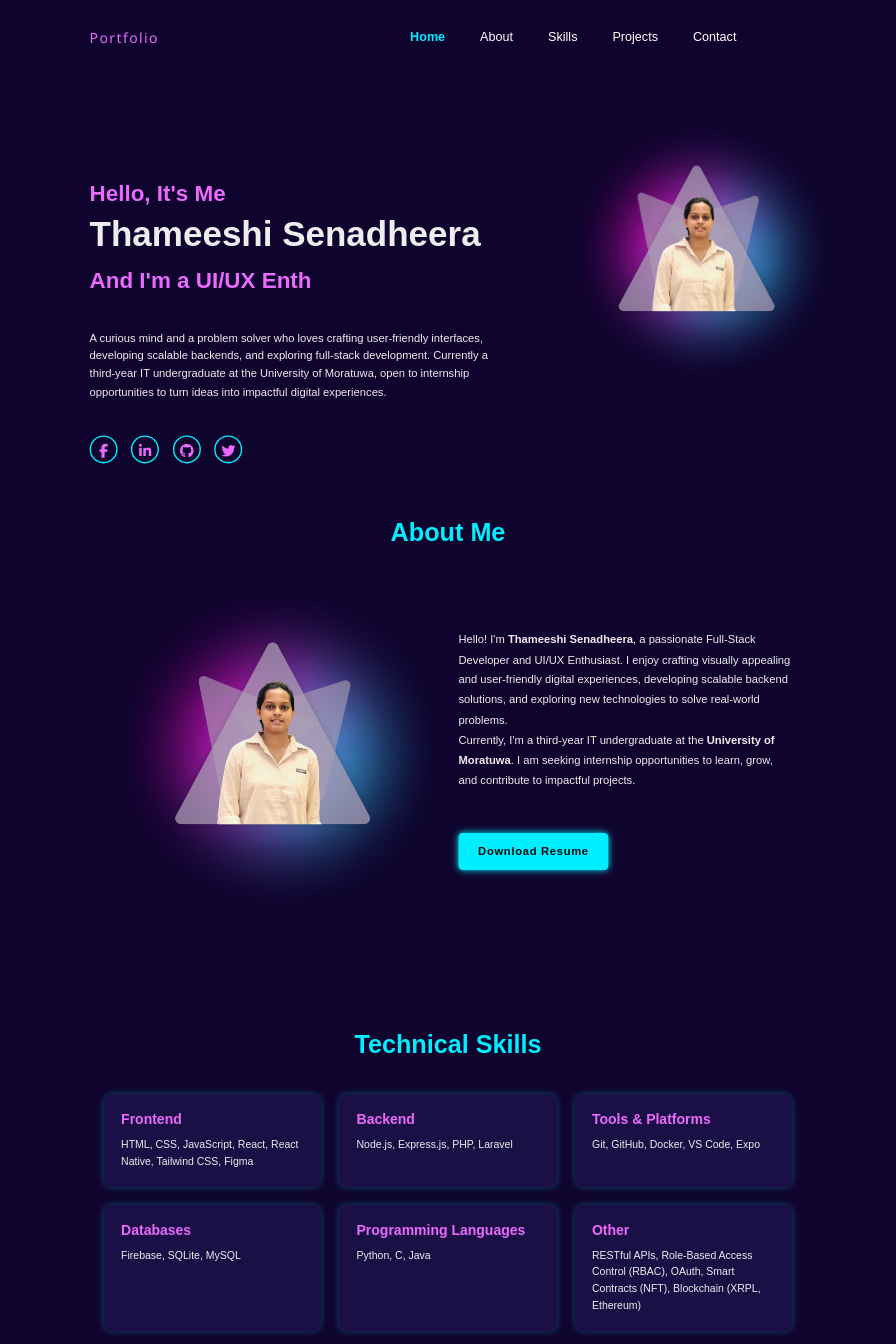
Repository: Thameeshi/portfolio-website
Page: http://localhost/
These files come from the project's save history. The page is drawn as it stood at one moment and after the next save; the edit follows.
The browser window is 1280 px wide. The pictures show the part of the page from y = 0 to 1920 px (the page is 3616 px tall), at 70% of full size.
Some web libraries are served in a nearby version. The page is served by the project's Node server (server.js).

Above is the page before, as saved 2025-09-10 11:03:44.

### public/css/style.css
/* Reset */
* {
    margin: 0;
    padding: 0;
    box-sizing: border-box;
    font-family: 'Poppins', sans-serif;
}

/* Body */
body {
    background: #0F042D;
    color: #ededed;
    scroll-behavior: smooth;
    overflow-x: hidden;
}

/* Header */
.header {
    position: fixed;
    top: 0;
    left: 0;
    width: 100%;
    padding: 40px 10%;
    display: flex;
    justify-content: space-between;
    align-items: center;
    z-index: 100;
    transition: background 0.3s ease-in-out;
}

.logo {
    font-size: 20px;
    color: #E96AFD;
    text-decoration: none;
    font-weight: 550;
    letter-spacing: 2px;
    font-family: 'Segoe UI', Tahoma, Geneva, Verdana, sans-serif;
    transition: transform 0.3s ease;
}
.logo:hover { transform: scale(1.1) rotate(-3deg); }

.navbar {
    display: flex;
    align-items: center;
    margin-right: 100px;
}
.navbar a {
    display: inline-block;
    font-size: 18px;
    color: #fff;
    text-decoration: none;
    font-weight: 500;
    margin-left: 50px;
    position: relative;
    transition: color 0.3s ease;
}
.navbar a::after {
    content: '';
    position: absolute;
    left: 0;
    bottom: -5px;
    width: 0;
    height: 2px;
    background: #0ef;
    transition: width 0.3s;
}
.navbar a:hover { color: #0ef; }
.navbar a:hover::after { width: 100%; }
.navbar a.active { color: #0ef; font-weight: 700; }

/* Home Section */
.home {
    display: flex;
    align-items: center;
    justify-content: space-between;
    padding: 50px 10%;
    height: 100vh;
    gap: 50px;
}

.home-content {
    flex: 1;
    max-width: 600px;
    animation: fadeIn 2s ease-in-out;
    margin-top: 200px;
}
.home-content h3 { font-size: 32px; font-weight: 700; color: #E96AFD; margin-bottom: 10px; animation: slideInLeft 1s ease; }
.home-content h1 { font-size: 50px; font-weight: 800; margin-bottom: 20px; animation: slideInRight 1.2s ease; }
.home-content p { line-height: 1.6; font-size: 16px; margin-bottom: 25px; margin-top:50px;animation: fadeInUp 1.5s ease; }

.btn-box {
    display: inline-block;
    padding: 12px 28px;
    background: #0ef;
    border-radius: 6px;
    font-size: 16px;
    color: #0a0a0a;
    font-weight: 600;
    letter-spacing: 1px;
    text-decoration: none;
    transition: 0.3s;
    box-shadow: 0 0 10px #0ef;
}
.btn-box:hover {
    background: #0c9;
    box-shadow: 0 0 20px #0ef, 0 0 40px #0ef;
    transform: scale(1.05);
}

/* Social Links */
.home-sci { margin-top: 50px; }
.home-sci a {
    display: inline-block;
    width: 40px;
    height: 40px;
    border: 2px solid #0ef;
    border-radius: 50%;
    font-size: 20px;
    color: #E96AFD;
    text-align: center;
    line-height: 40px;
    margin-right: 15px;
    transition: 0.4s;
}
.home-sci a:hover {
    background: #E96AFD;
    color: #0a0a0a;
    box-shadow: 0 0 20px #E96AFD;
}

/* Image next to home-content */
.image {
    flex: 1;
    max-width: 400px;
    animation: float 3s ease-in-out infinite;
}
.image img {
    width: 500%;
    height: auto;
    margin-left: 50px;
}

/* Float animation */
@keyframes float {
    0%, 100% { transform: translateY(0); }
    50% { transform: translateY(-10px); }
}

/* About Section */
.about {
    padding: 70px 10%;
    color: #ededed;
    margin-top: -100px;
}
.about h2 { font-size: 36px; font-weight: 700; color: #0ef; margin-bottom: 40px; text-align: center; margin-top: 100px; }

.download { margin-top: 40px; }

.about-content {
    display: flex;
    align-items: center;
    justify-content: space-between;
    flex-wrap: wrap;
    gap: 30px;
    flex-direction: row-reverse;
}
.container { max-width: 1200px; margin: 0 auto; padding: 0 20px; margin-top: -50px; }
.about-text { flex: 1; min-width: 300px; font-size: 16px; line-height: 1.8; }
.about-text .btn-box { margin-top: 20px; }
.about-image { flex: 1; min-width: 400px; text-align: center; }
.about-image img { max-width: 500px; border-radius: 10px; }

/* Skills Section */
.skills {
    padding: 80px 10%;
    margin-top: 50px;
}
.skills h2 {
    font-size: 36px;
    font-weight: 700;
    color: #0ef;
    margin-bottom: 50px;
    text-align: center;
}
.skills-grid {
    display: grid;
    grid-template-columns: repeat(auto-fit, minmax(250px, 1fr));
    gap: 25px;
}
.skill-card {
    background: #1b1045;
    padding: 25px;
    border-radius: 12px;
    box-shadow: 0 0 10px rgba(14, 239, 255, 0.3);
    transition: transform 0.3s ease, box-shadow 0.3s ease;
}
.skill-card:hover {
    transform: translateY(-8px);
    box-shadow: 0 0 20px #0ef;
}
.skill-card h3 {
    font-size: 20px;
    color: #E96AFD;
    margin-bottom: 12px;
}
.skill-card p {
    font-size: 15px;
    line-height: 1.6;
    color: #ededed;
}

/* Projects Section */
.projects {
    padding: 80px 10%;
    margin-top: 50px;
}

.projects h2 {
    font-size: 36px;
    font-weight: 700;
    color: #0ef;
    margin-bottom: 50px;
    text-align: center;
}

.project-showcase {
    display: flex;
    justify-content: center;
    max-width: 1000px;
    margin: 0 auto;
}

.project-card {
    background: #1b1045;
    border-radius: 20px;
    overflow: hidden;
    box-shadow: 0 0 30px rgba(14, 239, 255, 0.2);
    transition: transform 0.3s ease, box-shadow 0.3s ease;
    width: 100%;
    display: flex;
    min-height: 500px;
}

.project-card:hover {
    transform: translateY(-5px);
    box-shadow: 0 0 40px rgba(14, 239, 255, 0.4);
}

.project-image-container {
    position: relative;
    flex: 1;
    overflow: hidden;
}

.project-images {
    position: relative;
    height: 100%;
    width: 100%;
}

.project-img {
    position: absolute;
    top: 0;
    left: 0;
    width: 100%;
    height: 100%;
    object-fit: cover;
    opacity: 0;
    transition: opacity 0.5s ease-in-out;
}

.project-img.active {
    opacity: 1;
}

.image-nav {
    position: absolute;
    bottom: 20px;
    left: 50%;
    transform: translateX(-50%);
    display: flex;
    gap: 10px;
    z-index: 3;
}

.nav-dot {
    width: 12px;
    height: 12px;
    border-radius: 50%;
    border: 2px solid rgba(255, 255, 255, 0.6);
    background: transparent;
    cursor: pointer;
    transition: all 0.3s ease;
}

.nav-dot:hover,
.nav-dot.active {
    background: #0ef;
    border-color: #0ef;
    transform: scale(1.2);
}

.project-overlay {
    position: absolute;
    top: 0;
    left: 0;
    right: 0;
    bottom: 0;
    background: linear-gradient(135deg, rgba(14, 239, 255, 0.8), rgba(233, 106, 253, 0.8));
    display: flex;
    align-items: center;
    justify-content: center;
    opacity: 0;
    transition: opacity 0.3s ease;
    z-index: 2;
}

.project-card:hover .project-overlay {
    opacity: 1;
}

.project-links {
    display: flex;
    gap: 20px;
}

.project-link {
    width: 60px;
    height: 60px;
    background: rgba(255, 255, 255, 0.2);
    border-radius: 50%;
    display: flex;
    align-items: center;
    justify-content: center;
    color: #fff;
    font-size: 24px;
    text-decoration: none;
    backdrop-filter: blur(10px);
    border: 2px solid rgba(255, 255, 255, 0.3);
    transition: all 0.3s ease;
}

.project-link:hover {
    background: rgba(255, 255, 255, 0.3);
    transform: scale(1.1);
    border-color: rgba(255, 255, 255, 0.6);
}

.project-info {
    flex: 1;
    padding: 40px;
    display: flex;
    flex-direction: column;
    justify-content: center;
}

.project-info h3 {
    font-size: 28px;
    color: #E96AFD;
    margin-bottom: 20px;
    font-weight: 700;
}

.project-info p {
    font-size: 16px;
    line-height: 1.7;
    color: #ededed;
    margin-bottom: 25px;
}

.project-features {
    display: grid;
    grid-template-columns: 1fr 1fr;
    gap: 15px;
    margin-bottom: 25px;
}

.feature {
    display: flex;
    align-items: center;
    gap: 8px;
    font-size: 14px;
    color: #ededed;
}

.feature i {
    color: #0ef;
    font-size: 16px;
}

.project-tech {
    display: flex;
    flex-wrap: wrap;
    gap: 10px;
}

.project-tech span {
    background: linear-gradient(135deg, #0ef, #E96AFD);
    color: #0a0a0a;
    padding: 8px 16px;
    border-radius: 25px;
    font-size: 13px;
    font-weight: 600;
    letter-spacing: 0.5px;
}

/* Responsive */
@media (max-width: 768px) {
    .projects {
        padding: 60px 5%;
    }

    .project-card {
        flex-direction: column;
        min-height: auto;
    }

    .project-image-container {
        height: 300px;
    }

    .project-info {
        padding: 30px 25px;
    }

    .project-info h3 {
        font-size: 24px;
    }

    .project-info p {
        font-size: 15px;
    }

    .project-features {
        grid-template-columns: 1fr;
        gap: 10px;
    }

    .project-links {
        gap: 15px;
    }

    .project-link {
        width: 50px;
        height: 50px;
        font-size: 20px;
    }
}

/* Add these styles to your existing stylesheet.css file */

/* Contact Section */
.contact {
    padding: 80px 10%;
    margin-top: 50px;
}

.contact h2 {
    font-size: 36px;
    font-weight: 700;
    color: #0ef;
    margin-bottom: 20px;
    text-align: center;
}

.contact > p {
    text-align: center;
    font-size: 18px;
    color: #ededed;
    margin-bottom: 50px;
    opacity: 0.8;
}

.contact-content {
    display: grid;
    grid-template-columns: 1fr 1fr;
    gap: 60px;
    max-width: 1200px;
    margin: 0 auto;
    align-items: start;
}

.contact-info {
    display: flex;
    flex-direction: column;
    gap: 30px;
}

.contact-item {
    background: #1b1045;
    padding: 25px;
    border-radius: 15px;
    text-align: center;
    transition: transform 0.3s ease, box-shadow 0.3s ease;
    border: 1px solid rgba(14, 239, 255, 0.1);
}

.contact-item:hover {
    transform: translateY(-5px);
    box-shadow: 0 10px 30px rgba(14, 239, 255, 0.2);
}

.contact-item i {
    font-size: 28px;
    color: #0ef;
    margin-bottom: 15px;
}

.contact-item h3 {
    font-size: 20px;
    color: #E96AFD;
    margin-bottom: 10px;
    font-weight: 600;
}

.contact-item p {
    color: #ededed;
    font-size: 16px;
}

.contact-form {
    background: #1b1045;
    padding: 40px;
    border-radius: 20px;
    box-shadow: 0 0 20px rgba(14, 239, 255, 0.1);
    border: 1px solid rgba(14, 239, 255, 0.1);
}

.form-group {
    margin-bottom: 25px;
}

.form-group input,
.form-group textarea {
    width: 100%;
    padding: 15px 20px;
    background: rgba(15, 4, 45, 0.8);
    border: 2px solid rgba(14, 239, 255, 0.2);
    border-radius: 10px;
    color: #ededed;
    font-size: 16px;
    font-family: 'Poppins', sans-serif;
    transition: all 0.3s ease;
    resize: vertical;
}

.form-group input:focus,
.form-group textarea:focus {
    outline: none;
    border-color: #0ef;
    box-shadow: 0 0 0 3px rgba(14, 239, 255, 0.1);
    transform: translateY(-2px);
}

.form-group input::placeholder,
.form-group textarea::placeholder {
    color: rgba(237, 237, 237, 0.6);
}

.form-group textarea {
    min-height: 120px;
    max-height: 200px;
}

.contact-form .btn-box {
    width: 100%;
    padding: 15px;
    font-size: 18px;
    margin-top: 10px;
    position: relative;
    overflow: hidden;
}

.contact-form .btn-box:hover {
    transform: translateY(-2px);
}

.contact-form .btn-box:active {
    transform: translateY(0);
}

/* Footer */
.footer {
    background: #1b1045;
    padding: 30px 10%;
    text-align: center;
    margin-top: 50px;
    border-top: 1px solid rgba(14, 239, 255, 0.1);
}

.footer p {
    color: #ededed;
    font-size: 14px;
    opacity: 0.8;
}

/* Enhanced responsive design */
@media (max-width: 768px) {
    .contact {
        padding: 60px 5%;
    }

    .contact-content {
        grid-template-columns: 1fr;
        gap: 40px;
    }

    .contact-form {
        padding: 25px 20px;
    }

    .form-group input,
    .form-group textarea {
        padding: 12px 15px;
        font-size: 14px;
    }

    .contact h2 {
        font-size: 28px;
    }

    .contact > p {
        font-size: 16px;
    }

    .contact-item {
        padding: 20px;
    }

    .contact-item i {
        font-size: 24px;
    }

    .contact-item h3 {
        font-size: 18px;
    }
}

@media (max-width: 480px) {
    .contact-form {
        padding: 20px 15px;
    }

    .form-group {
        margin-bottom: 20px;
    }

    .contact-info {
        gap: 20px;
    }

    .contact-item {
        padding: 15px;
    }
}

/* Additional animations */
@keyframes slideInLeft {
    from {
        transform: translateX(-50px);
        opacity: 0;
    }
    to {
        transform: translateX(0);
        opacity: 1;
    }
}

@keyframes slideInRight {
    from {
        transform: translateX(50px);
        opacity: 0;
    }
    to {
        transform: translateX(0);
        opacity: 1;
    }
}

/* Performance optimizations */
* {
    box-sizing: border-box;
}

img {
    max-width: 100%;
    height: auto;
}

/* Smooth transitions for better UX */
a, button {
    transition: all 0.3s ease;
}

/* Focus styles for accessibility */
a:focus,
button:focus,
input:focus,
textarea:focus {
    outline: 2px solid #0ef;
    outline-offset: 2px;
}

/* High contrast mode support */
@media (prefers-contrast: high) {
    .skill-card,
    .project-card,
    .contact-item,
    .contact-form {
        border: 2px solid #0ef;
    }
}

/* Reduced motion support */
@media (prefers-reduced-motion: reduce) {
    *,
    *::before,
    *::after {
        animation-duration: 0.01ms !important;
        animation-iteration-count: 1 !important;
        transition-duration: 0.01ms !important;
    }
}

/* Print styles */
@media print {
    .header,
    .contact-form,
    .project-overlay,
    .hamburger {
        display: none !important;
    }

    body {
        background: white !important;
        color: black !important;
    }

    .home,
    .about,
    .skills,
    .projects {
        page-break-inside: avoid;
        margin-bottom: 20px;
    }
}

/* Keyframe Animations */
@keyframes fadeIn { from { opacity: 0; } to { opacity: 1; } }
@keyframes slideInLeft { from { transform: translateX(-50px); opacity: 0; } to { transform: translateX(0); opacity: 1; } }
@keyframes slideInRight { from { transform: translateX(50px); opacity: 0; } to { transform: translateX(0); opacity: 1; } }
@keyframes fadeInUp { from { transform: translateY(30px); opacity: 0; } to { transform: translateY(0); opacity: 1; } }

/* Responsive */
@media (max-width: 768px) {
    .home {
        flex-direction: column;
        text-align: center;
        padding: 100px 5% 0;
        gap: 30px;
    }
    .home-content h1 { font-size: 36px; }
    .home-content h3 { font-size: 24px; }
    .image { max-width: 200px; margin-top: 20px; }
    .about-content { flex-direction: column; text-align: center; }
    .about-image img { max-width: 200px; margin-top: 20px; }
    .navbar a { margin-left: 20px; font-size: 16px; }
    .header { padding: 15px 5%; }
}

Loaded but not shown: public/js/main.js (628 lines, source omitted); server.js (274 lines, source omitted); views/index.ejs (352 lines, source omitted)

After the next save:
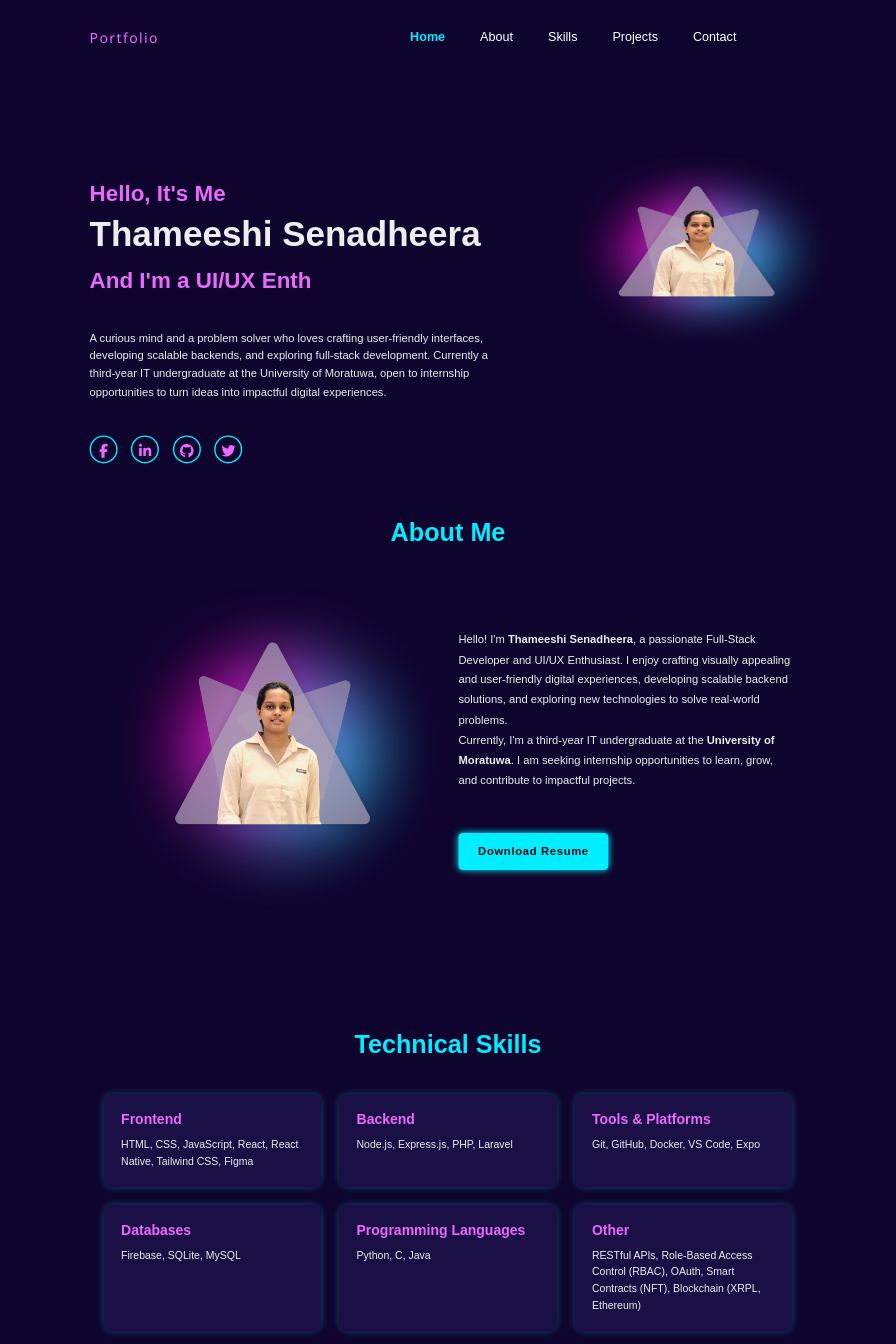
Saved 14 s later.
--- a/public/css/style.css
+++ b/public/css/style.css
@@ -136,7 +136,7 @@ body {
 }
 .image img {
     width: 500%;
-    height: auto;
+    height: 300px;
     margin-left: 50px;
 }
 
